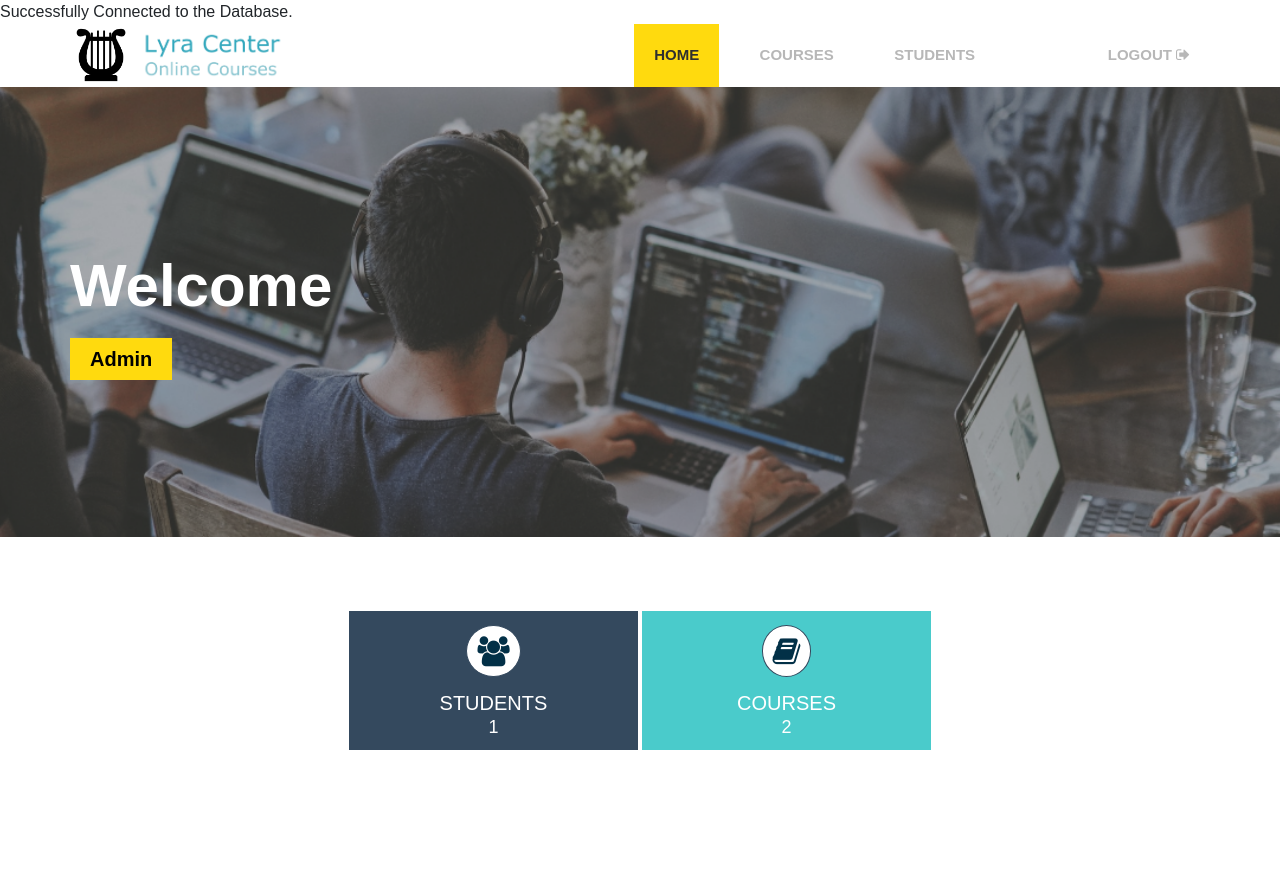
Repository: jersmaecrz/lyra-center
Page: http://localhost/aHome.php
An editor plug-in stored every save of this project. The page is shown before and after a run of saves, followed by the edit.
The browser window is 1280 px wide. The pictures show the whole page.
Some web fonts or font styles are not loaded; a fallback is used. The page is run by PHP 8.4 with error messages shown; the project is at /var/www/html/. The database holds what the project's SQL file puts in it.

Above is the page before, as saved 2022-12-03 22:41:26.

After the next 2 saves:
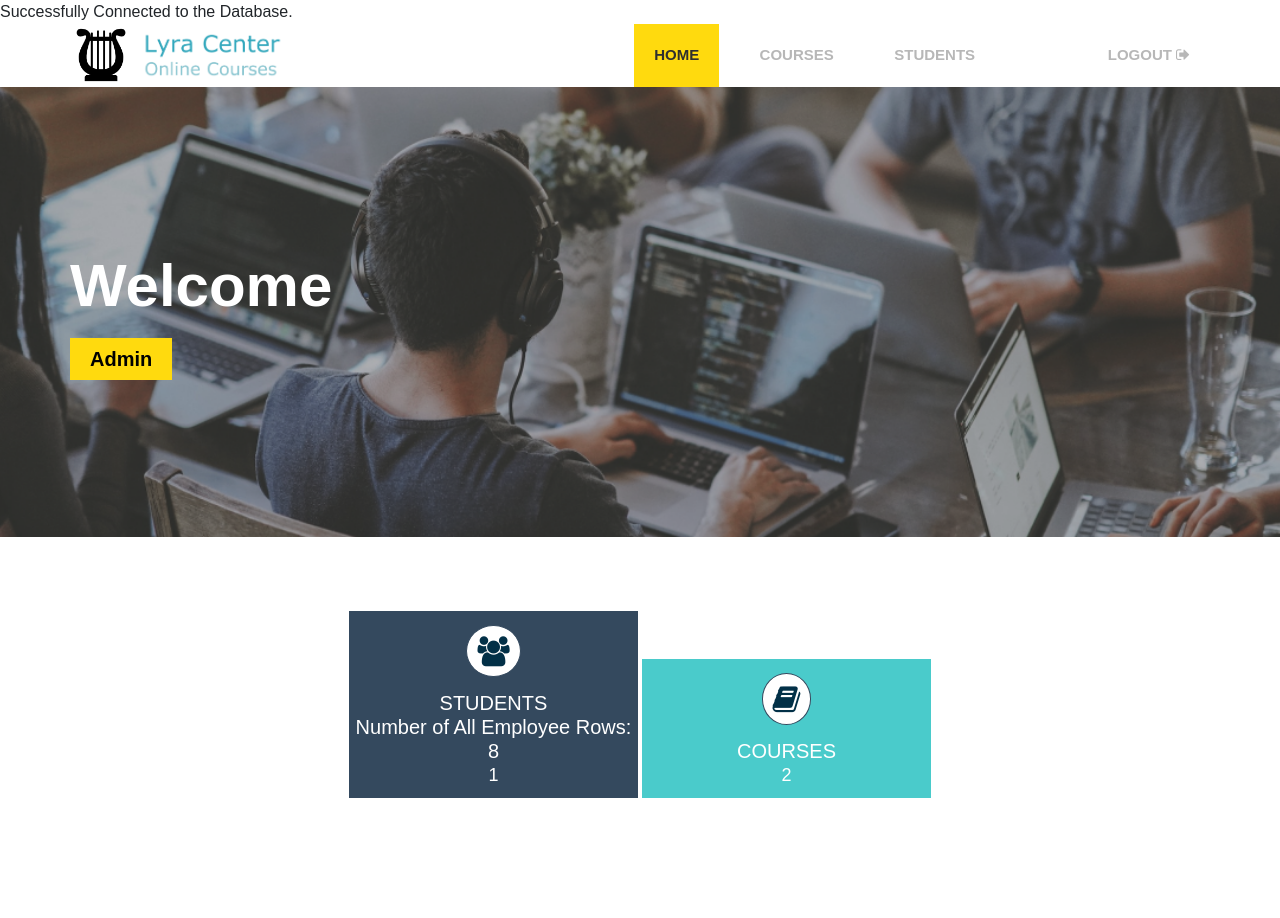
The 2 saves are shown as one change because they came seconds apart.
The last was saved 33 s later.
--- a/aHome.php
+++ b/aHome.php
@@ -98,6 +98,10 @@
                         <div class="icon-section">
                             <i class="icon fa fa-users" aria-hidden="true"></i><br>
                             <h3>STUDENTS</h3>
+                            <?php
+                                $dash = new Dashboard ();
+                                $dash -> countStudents($pdo)
+                            ?>
                             <p>1</p>
                         </div>
                     </div>
